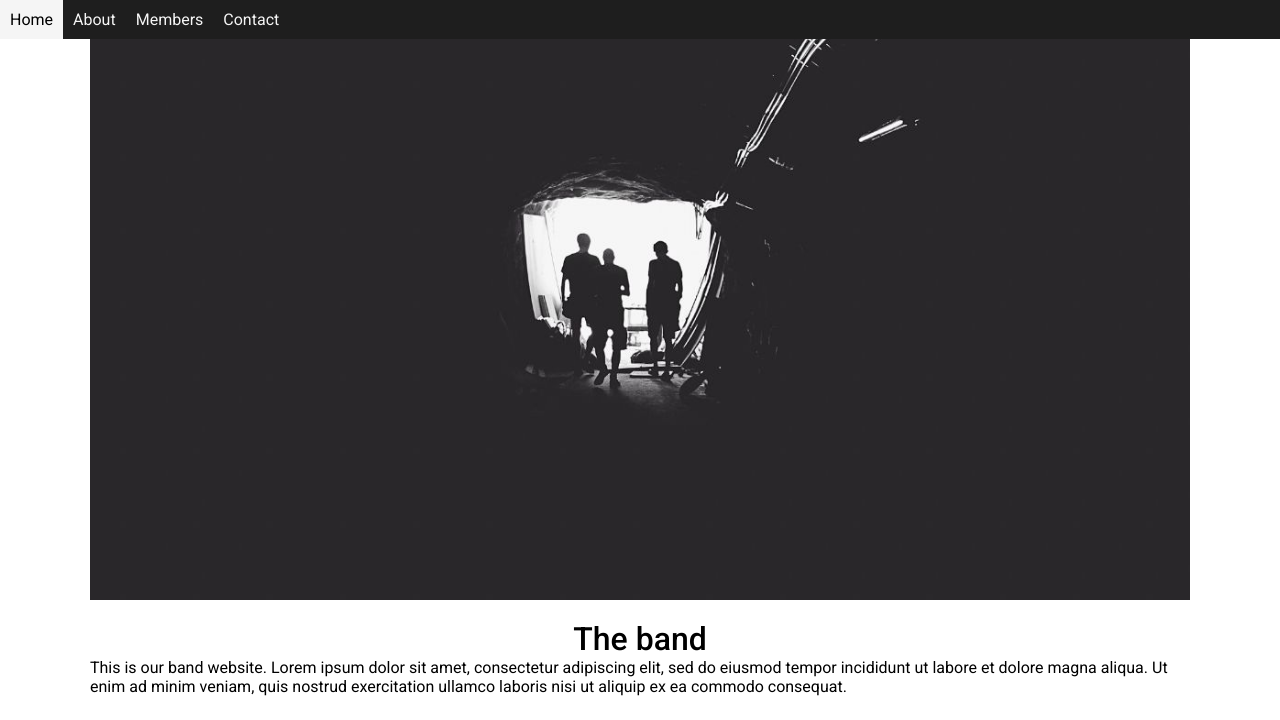
Repository: hieu-22/w3_band_UI
Page: index.html
The author's editor kept a copy of each file at every save. The page is drawn from the files as they stood at one save, then again after the next save.
The browser window is 1280 px wide. The pictures show the whole page.

Above is the page before, as saved 2022-12-30 09:21:20.

### index.html
<!DOCTYPE html>
<html lang="en">
<head>
    <meta charset="UTF-8">
    <meta http-equiv="X-UA-Compatible" content="IE=edge">
    <meta name="viewport" content="width=device-width, initial-scale=1.0">
    <title>The band - by w3school</title>
    <link rel="stylesheet" href="assets/css/style.css">
    <link rel="preconnect" href="https://fonts.googleapis.com"><link rel="preconnect" href="https://fonts.gstatic.com" crossorigin><link href="https://fonts.googleapis.com/css2?family=Roboto:wght@100;300;400;500;700&display=swap" rel="stylesheet">
</head>
<body>
    <header class="header">
        <nav class="navigation-bar">
            <ul class="navigation-bar__list">
                <li class="navigation-bar__list-item">
                    Home
                </li>
                <li class="navigation-bar__list-item">
                    About
                </li>
                <li class="navigation-bar__list-item">
                    Members
                </li>
                <li class="navigation-bar__list-item">
                    Contact
                </li>
            </ul>
        </nav>
        <div class="banner"></div>
    </header>

    <main class="content">
        <div class="content__about">
            <h1>The band</h1>
            <p>This is our band website. Lorem ipsum dolor sit amet, consectetur adipiscing elit, sed do eiusmod tempor incididunt ut labore et dolore magna aliqua. Ut enim ad minim veniam, quis nostrud exercitation ullamco laboris nisi ut aliquip ex ea commodo consequat.
            </p>
        </div>
    </main>

    <footer>

    </footer>
</body>
</html>

### assets/css/style.css
* {
    box-sizing: border-box;
    padding: 0;
    margin: 0;

}

html {
    font-family: 'Roboto', sans-serif;
    font-size: 16px;
    width: 1100px;
    margin: auto;
}

.header {
    height: 600px;
}

.navigation-bar {
    position: absolute;
    top: 0;
    left: 0;
    width: 100%;
    background-color: rgb(30, 30, 30);
}

.navigation-bar__list {
    display: flex;
    justify-content: flex-start;
    align-items: center;
    border-radius: 2px;
    list-style-type: none;
}

.navigation-bar__list-item {
    padding: 10px;
    color: whitesmoke;
}
.navigation-bar__list-item:hover {
    background-color: whitesmoke;
    color: black;
    cursor: pointer;
}

.banner {
    height: 100%;
    width: auto;
    background-image: url('../img/img_la.jpg');
    background-size: cover;
}

/* main content */
.content__about {
    margin-top: 20px;
}

.content__about h1 {
    font-weight: 500;
    text-align: center;
}

After the next save:
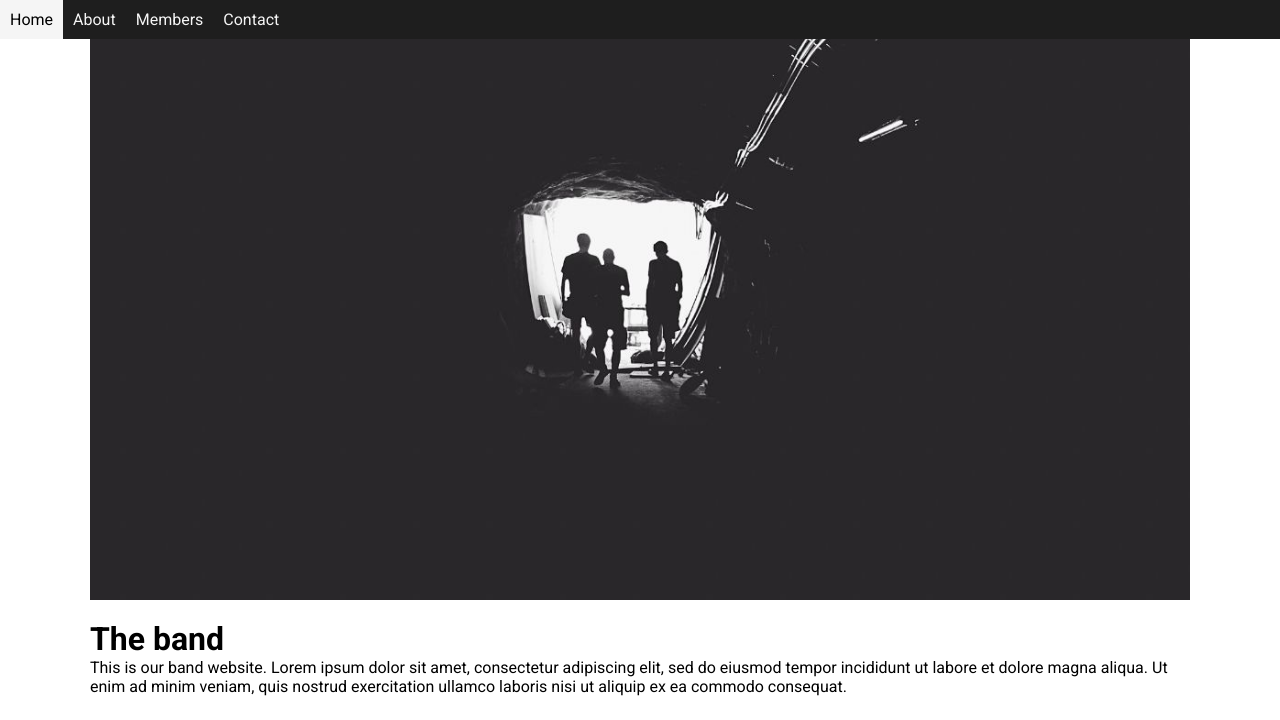
Saved 102 s later.
--- a/assets/css/style.css
+++ b/assets/css/style.css
@@ -54,7 +54,12 @@ html {
     margin-top: 20px;
 }
 
-.content__about h1 {
+.content__about-name {
     font-weight: 500;
     text-align: center;
+    padding: 20px 0;
 }
+
+.content__about-description {
+
+}
